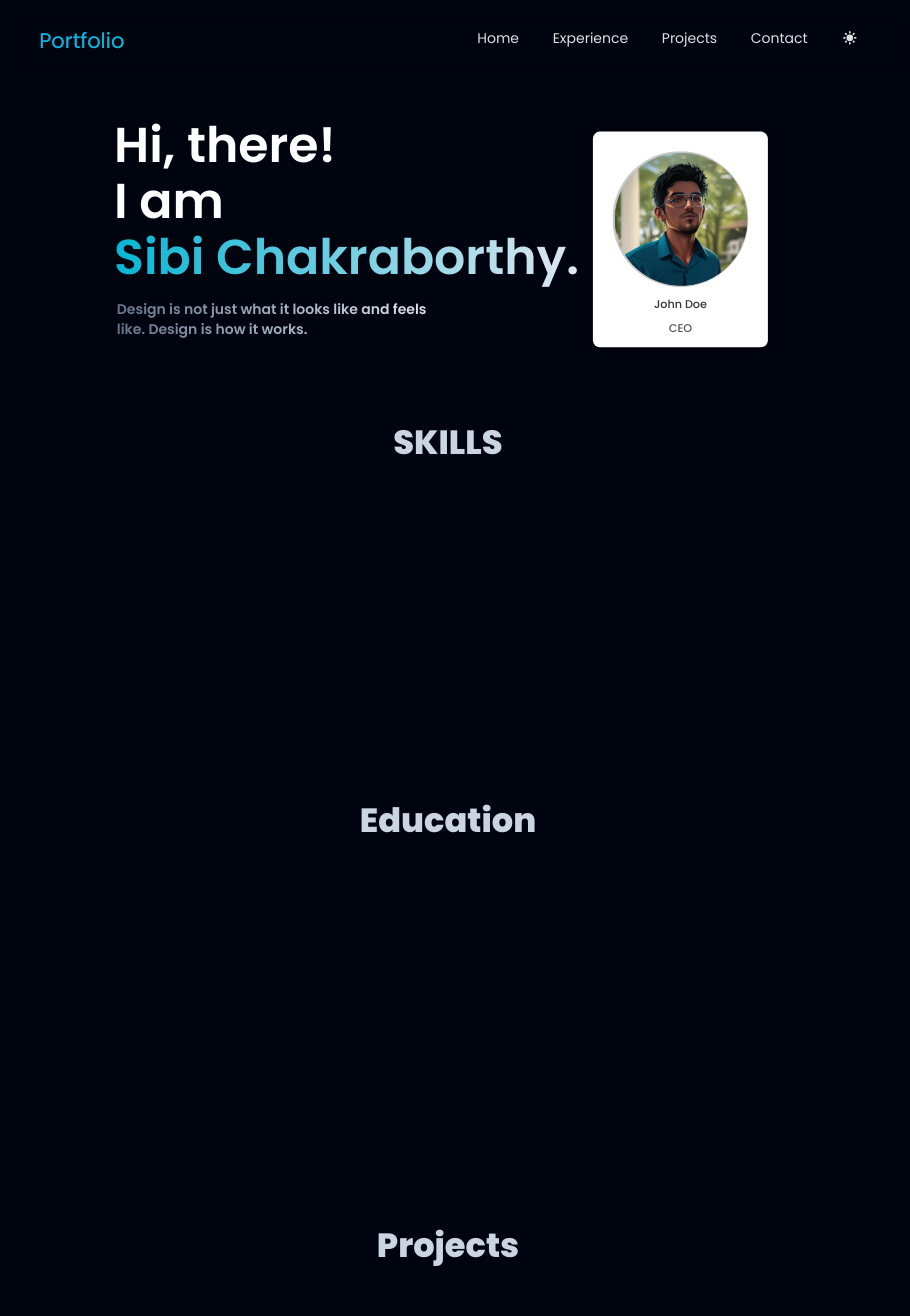
Repository: sibi24sibi/MyPersonalPortfolio
Page: /
An editor plug-in stored every save of this project. The page is shown before and after the next save, followed by the edit.
The browser window is 1280 px wide. The page is 1300 px wide, so the pictures cover 1300 px, including what lies to the right of the window. The pictures show the part of the page from y = 0 to 1880 px (the page is 3414 px tall), at 70% of full size.
The project was rebuilt for these pictures with package versions that can differ from the ones it lists, and the page was loaded fresh each time. Also part of the build but not shown: vite.config.js, src/components/Menu.jsx, src/components/Footer.jsx.

Above is the page before, as saved 2024-05-03 17:43:01.

### index.html
<!DOCTYPE html>
<html lang="en">

<head>
  <meta charset="UTF-8" />
  <link rel="icon" type="image/svg+xml" href="" />
  <meta name="viewport" content="width=device-width, initial-scale=1 , maximum-scale=1 ,user-scalable=no" />
  <title>
    Personal Portfolio
  </title>
</head>

<body className="darkMode">
  <div id="root" className="px-5 w-screen"></div>
  <script type="module" src="/src/main.jsx"></script>
</body>

</html>

### src/index.css
@import url('https://fonts.googleapis.com/css2?family=Poppins:wght@300;400;500;600;800&display=swap');
@tailwind base;
@tailwind components;
@tailwind utilities;

html {
    @apply overflow-x-hidden scroll-smooth
}

body {

    @apply dark:bg-[#00040f] bg-[#e2e2e2ab]
}

### src/App.jsx
import Navbar from "./components/Navbar";
import About from "./components/About";

import Education from "./components/Education";
import Projects from "./components/Projects";
import Skills from "./components/Skills";

import HashLoader from "react-spinners/HashLoader";
import CTA from "./components/CTA";
import MyEmailLayout from "./components/email";
import Footer from "./components/Footer";


import { useState, useEffect } from "react";

const override = {
  display: "flex",
  justifyContent: "center",
  alignItems: "center",
  marginTop: "5rem",
  borderColor: "red",
};

const App = () => {
  const [loading, setLoading] = useState(true);

  useEffect(() => {
    setLoading(true);
    setTimeout(() => {
      setLoading(false);
    }, 3000);
  }, []);
  return (
    <>
      {loading ? (
        <div className="flex h-screen w-screen justify-center items-center bg-[#00040f] ">
          <HashLoader
            color="#0891b2"
            loading={loading}
            cssOverride={override}
            size={90}
            aria-label="Loading Spinner"
            data-testid="loader"
          />
        </div>
      ) : (
        <div className=" flex flex-col justify-center items-center">
          <Navbar></Navbar>
          <About></About>
          <Skills></Skills>
          <Education></Education>
          <Projects></Projects>
          <CTA></CTA>
          <MyEmailLayout></MyEmailLayout>
          {/* <Footer></Footer> */}
        </div>
      )}
    </>
  );
};
export default App;

### src/components/Navbar.jsx
import { CgMenuRightAlt } from "react-icons/cg";
import { HiSun, HiMoon } from "react-icons/hi";
import { useState, useEffect } from "react";
import Menu from "./Menu";

const Navbar = () => {
  const [nav, setNav] = useState(false);

  const [theme, setTheme] = useState("light");

  useEffect(() => {
    if (theme === "dark") {
      document.documentElement.classList.remove("dark");
    } else {
      document.documentElement.classList.add("dark");
    }
  }, [theme]);

  const handleTheme = () => {
    setTheme(theme === "dark" ? "light" : "dark");
  };

  return (
    <>
      <section className="NAVBAR sticky top-0 backdrop-blur-[5px] z-10 pt-5  translate-x-[20px] min-w-full mt-5 font-['Poppins']  max-sm:p-2 max-sm:mx-1 max-sm:max-h-[48px] ">
        <div className="flex  justify-between capitalize md:ml-9 sm:ml-2">
          <div className="LOGO ">
            <a
              href="#"
              className="text-3xl bg-gradient-to-r from-blue-600 to-cyan-600 bg-clip-text text-transparent dark:text-cyan-500 max-sm:text-2xl"
            >
              {"Portfolio"}
            </a>
          </div>
          <div className="NAVLINKS min-w-full pr-9 text-[20px] translate-x-[-160px]  max-sm:hidden flex justify-end gap-12 text-[#00040f] dark:text-[#e1e1e1] ">
            <a href="#about" className=" hover:text-cyan-500">
              Home
            </a>
            <a href="#experience" className="hover:text-cyan-500">
              Experience
            </a>
            {/* <a href="#education" className="hover:text-cyan-500 ">
              Education
            </a> */}
            <a href="#projects" className="hover:text-cyan-500 ">
              Projects
            </a>
            <a href="#contact" className="hover:text-cyan-500 ">
              Contact
            </a>

            <button onClick={handleTheme}>
              {theme === "dark" ? (
                <HiMoon className="-translate-y-1 text-2xl" />
              ) : (
                <HiSun className="-translate-y-1 text-2xl" />
              )}
            </button>

            </div>
            </div>
          <button onClick={() => setNav(!nav)}>
            <CgMenuRightAlt className="hidden max-sm:block mr-5   absolute top-2  right-10 md:transform-none text-[#00040f] dark:text-[#e1e1e1] text-[32px]" />
          </button>


        {nav && <Menu />}

      </section>



    </>
  );
};
export default Navbar;

### src/components/About.jsx
import Lottie from "lottie-react";
import computer from "../assets/lottie/computer.json";
import Profile from "../assets/Profile.jpg";
import "./about-style.css";

const About = () => {
  return (
    <>
      <section
        id="about"
        className="p-5 mx-2 mb-10 font-medium font-['Poppins'] max-w-6xl max-sm:p-2 max-sm:mx-5"
      >
        <div className="WRAPPER mt-12 flex justify-between max-sm:flex-col gap-35">
        <div className="INTRO text-[70px] leading-[80px] font-semibold max-sm:text-[40px] max-sm:leading-[70px] max-sm:font-semibold">
            <h3 className="text-[#00040f] dark:text-white">
              Hi, there! <br />I am
            </h3>
            <span className="bg-clip-text text-transparent bg-gradient-to-r  from-blue-600 to-cyan-600 dark:from-cyan-500 dark:to-slate-200">
             Sibi Chakraborthy.

            </span>

            <p className="ABOUT h-[100px] text-xl max-sm:text-[15px] bg-clip-text text-transparent  bg-gradient-to-r  from-[#00040f] to-slate-500 dark:from-slate-500 dark:to-slate-200 max-w-[470px] mt-5 pl-1">
            Design is not just what it looks like and feels like. Design is how it works.
            </p>
          </div>
        <div className="div">



        <div className="team-member">
            <img src={Profile} alt="Profile"/>
            <h3>John Doe</h3>
            <p>CEO</p>
        </div>



        </div>
        </div>
      </section>
    </>
  );
};
export default About;

### src/components/Education.jsx
import Lottie from "lottie-react";
import education from "../assets/lottie/education.json";
import SAEC from "../assets/SAEC.png";
import AOS from "aos";

import { useEffect } from "react";

const Education = () => {
  useEffect(() => {
    AOS.init();
  }, []);
  return (
    <section
      id="education"
      className="EXPERIENCE max-w-6xl p-5 mx-20 mb-25 font-['Poppins']  max-sm:p-2 max-sm:mx-5"
    >
      <div className="WRAPPER mt-10">
        <h1 className="text-[#00040f] dark:text-slate-300 text-center font-extrabold text-5xl mb-5 max-sm:text-4xl   ">
          Education
        </h1>

        <div
          className="EDUCATION flex gap-7 justify-between flex-row-reverse max-sm:flex-col"
          data-aos="fade-right"
        >
          <div className="max-w-[520px] mt-[52px] p-7 max-sm:p-3">
            <div className="flex gap-5">
              <img
                src={SAEC}
                alt="SAEC"
                className="w-[150px] h-[100px]"
              />
              <h1 className="bg-clip-text text-transparent bg-gradient-to-r max-sm:text-[17px] from-amber-500 via-orange-600 to-yellow-500 dark:from-[#ff6600] dark:to-slate-100 font-semibold text-2xl w-[300px] h-[100px] tracking-wider ">
                Syed Ammal engineering college
              </h1>
            </div>

            <div className="mt-7 flex flex-col gap-5 text-left pl-4">
              <h3 className="capitalize  text-slate-800 dark:text-slate-300 text-xl max-sm:text-lg">
                Bachelor of technology
              </h3>
              <p className="italic capitalize text-gray-500 dark:text-slate-500 text-xl max-sm:text-lg leading-9">
                November 2020 - May 2024
              </p>

              <p className="capitalize text-gray-500 dark:text-slate-500 text-xl max-sm:text-lg leading-9">
                Computer Science and Engineering
              </p>
            </div>
          </div>
          <Lottie
            animationData={education}
            loop={true}
            className="max-w-[500px]"
          />
        </div>
      </div>
    </section>
  );
};
export default Education;

### src/components/Skills.jsx
import {
  HTML,
  CSS,
  Github,
  Git,
  Vite,
  TailwindCSS,
  react,
  Python,
  Javascript,
  CPP,
  C,
  Vue,
  nodejs
} from "../constants/Constant";

import AOS from "aos";
import "aos/dist/aos.css";
import { useEffect } from "react";
import Image from "./Img_prop";

const Skills = () => {
  useEffect(() => {
    AOS.init();
  }, []);
  return (
    <>
      <section className="EXPERIENCE p-5  mb-10 max-w-6xl  font-['Poppins']  max-sm:p-2 max-sm:mx-5">
        <div>
        <h1 className="text-[#00040f] dark:text-slate-300 font-extrabold text-5xl text-center max-sm:text-4xl ">
          SKILLS
        </h1>
        </div>
        <div
          className=" grid place-content-start  grid-cols-3 gap-4 max-sm:p-2 mt-10"
          data-aos="zoom-out-up"
        >
          <Image img={HTML}></Image>
          <Image img={CSS}></Image>
          <Image img={Javascript}></Image>
          <Image img={react}></Image>
          <Image img={TailwindCSS}></Image>
          {/* <Image img={Vue}></Image>
          <Image img={CPP}></Image>
          <Image img={C}></Image> */}
          <Image img={Python}></Image>
          {/* <Image img={Vite}></Image> */}
          <Image img={Git}></Image>
          <Image img={Github}></Image>
          <Image img={nodejs}></Image>
        </div>
      </section>
    </>
  );
};
export default Skills;

### src/components/CTA.jsx
function CTA() {
  const resumeLink = "/Sibi-Chakraborthy-V.pdf";
  return (
    <div id="resume" className="pt-36 max-w-6xl resume relative w-full flex justify-center ">

      <div className="pt-14 mx-20 pb-40">
        <h2 className="text-4xl md:text-5xl max-sm:text-[35px] max-sm:leading-[60px] font-bold mb-10 text-[#00040f] dark:text-white text-center">
          Need to know about me more
        </h2>
        <div className="flex justify-center ">
        <a
          href={resumeLink}
          className="cursor-pointer font-bold whitespace-nowrap
        mt-6 px-8 py-3 dark:text-[#e1e1e1] border-2 rounded-full border-[#808080]  bg-bg hover:bg-fun-pink hover:border-fun-pink transition-colors inline-flex items-center"
        >
          <svg class="fill-current w-4 h-4 mr-2" xmlns="http://www.w3.org/2000/svg" viewBox="0 0 20 20"><path d="M13 8V2H7v6H2l8 8 8-8h-5zM0 18h20v2H0v-2z"/></svg>
          <span>Resume</span>

        </a>

        </div>
      </div>


    </div>
  );
}

export default CTA;

### src/components/email.jsx
import React, { useRef, useEffect } from "react";
import emailjs from '@emailjs/browser';



const MyEmailLayout = () => {
  const form = useRef();

  useEffect(() => {
    // Initialize emailjs
    emailjs.init('-fw29uVaf1UZJqOVT');
  }, []);

  const sendEmail = (e) => {
    e.preventDefault();

    emailjs

      .sendForm('service_hgvjibu', 'template_f9rmzk9', form.current)
      .then(
        () => {
          alert('Email sent successfully!');
        },
        (error) => {
          alert('Failed to send email. Please try again later.');
          console.error('Email Error:', error);
        }
      );
  };

  return (
    <div   className="mb-20 max-w-6xl" id="contact">

      <div className=" mx-10 max-sm:mx-5 ">
      <div className="div">
      <h1 className="text-2xl dark:text-[#e1e1e1] font-bold mb-4 ">SEND ME A EMAIL</h1>
      </div>
      <form ref={form} onSubmit={sendEmail}>
        <div className="grid  grid-cols-2 gap-4 flex justify-center">
          <div>
            <label htmlFor="name" className="dark:text-[#e1e1e1]">Name</label>
            <input
              type="text"
              id="name"
              name="user_name"
              className="px-3 py-2 placeholder-gray-400 text-gray-600 relative dark:bg-slate-300 bg-stone-300 rounded text-sm border-0 shadow outline-none focus:outline-none focus:ring  w-full"
            />
          </div>
          <div>
            <label htmlFor="email" className="dark:text-[#e1e1e1]">Email</label>
            <input
              type="email"
              id="email"
              name="user_email"
              className="px-3 py-2 placeholder-gray-400 text-gray-600 relative dark:bg-slate-300 bg-stone-300 rounded text-sm border-0 shadow outline-none focus:outline-none focus:ring w-full"
            />
          </div>
        </div>
        <label htmlFor="message" className="dark:text-[#e1e1e1]">Message</label>
        <textarea
          placeholder=""
          name="message"
          className="px-3 py-2 placeholder-gray-400 text-gray-600 relative dark:bg-slate-300 bg-stone-300 rounded text-sm border-0 shadow outline-none focus:outline-none focus:ring h-40 w-full "
        ></textarea>
        <button
          type="submit"
          className="bg-blue-500 rounded-full text-white px-4 py-2 mt-4 float-right"
          value="Send"
        >
          Send Email
        </button>
      </form>
      </div>
    </div>
  );
};

export default MyEmailLayout;

### src/components/about-style.css


.team-member {
    text-align: center;
    margin: 20px;
    background-color: #fff; /* White background for each team member */
    padding: 15px; /* Add padding for better visual appeal */
    border-radius: 10px; /* Add rounded corners */
    box-shadow: 0 0 10px rgba(0, 0, 0, 0.1); /* Add a subtle box shadow */
}

.team-member img {
    width: 200px;
    height: 200px;
    border-radius: 50%;
    object-fit: cover;
    margin: 10px;

/* Additional styling for the image */
border: 3px solid #fff; /* Add a white border around the image */
 transition: transform 0.3s ease-in-out; /*  Add a smooth transition effect  */

/* Hover effect: Scale the image slightly on hover */
/* cursor: pointer; */
}

/* Add a hover effect for better user interaction */
.team-member img:hover {
transform: scale(1.1);
}


.team-member h3 {
    margin: 10px 0;
    color: #333; /* Darken the text color */
}

.team-member p {
    color: #555;
}

### src/components/Project_prop.jsx
/* eslint-disable react/prop-types */

import "./proj_style.css";


const Project_prop = (props) => {
  return (
    <>



      <div className="card bg-blue-100 dark:bg-sky-950 rounded-lg shadow-lg aspect-w-16 aspect-h-9 ">
        <h3
        className="title capitalize font-bold h-20 text-slate-800 dark:text-slate-300 text-xl max-sm:text-lg m-5 text-center"
        >
          {props.title}
        </h3>
            <div className="bar h-1 min-w-40 dark:bg-gray-800  bg-slate-600  mx-5"></div>
        <div className="flex gap-1 ml-3 mt-3 ">
                {props.react}
                {props.vite}
                {props.html5}
                {props.css3}
                {props.php}
                {props.mysql}
                {props.javascript}
                {props.tailwindcss}
                {props.laravel}
                {props.bootstrap}
                {props.wordpress}

        </div>
        <p className="dark:text-slate-500 mt-2 text-sm px-5  select-none">
          {props.para}
        </p>
      </div>




    </>
  );
};
export default Project_prop;

### src/constants/Constant.jsx
import C from "../assets/C.png";
import CPP from "../assets/CPP.png";
import HTML from "../assets/HTML.png";
import Github from "../assets/Github.png";
import CSS from "../assets/CSS.png";
import Python from "../assets/Python.png";
import Javascript from "../assets/Javascript.png";
import Git from "../assets/Git.png";
import Vite from "../assets/Vite.png";
import TailwindCSS from "../assets/TailwindCSS.png";
import react from "../assets/react.png";
import Vue from "../assets/vue.png";
import nodejs from "../assets/nodejs.png";

import Hackthechain from "../assets/HackTheChainLogo.png";
import GSSOC from "../assets/GSSoc.jpg";
import IITB from "../assets/IITB.png";
import Sports from "../assets/Sports_Club.png";
import IIITians from "../assets/IIITians_Network.png";
import GDSC from "../assets/GDSC.png";
import KDE from "../assets/kde.png";
import Oppia from "../assets/oppia.png";

import GPT4 from "../assets/gpt4.jpg";
import Portfolio from "../assets/portfolio.jpg";
import Rocket from "../assets/Rocket.jpg";
import Game from "../assets/Stone.jpg";
import WellBeing from "../assets/well-being.jpg";

export {
  C,
  CPP,
  HTML,
  CSS,
  Github,
  Git,
  Vite,
  TailwindCSS,
  react ,
  Python,
  Javascript,
  Vue,
  Hackthechain,
  GSSOC,
  IITB,
  Sports,
  IIITians,
  GPT4,
  Portfolio,
  Rocket,
  WellBeing,
  Game,
  GDSC,
  KDE,
  nodejs,
  Oppia,
};

### src/components/Img_prop.jsx
const Img_prop = ({ img }) => {
  return (
    <>
      <div className="mr-60 w-[100px] max-sm:w-[75px] h-[100px] max-sm:h-[75px] shadow-xl shadow-slate-300 dark:shadow-lg dark:shadow-blue-500/50 bg-gradient-to-bl from-[#ccc] to-[#eee] dark:from-[#051937] dark:to-[#222] rounded-full place-content-center grid translate-x-[100px] max-sm:translate-x-1">
        <img src={img} alt="html" className="max-sm:h-[45px] h-[55px] " />
      </div>
    </>
  );
};
export default Img_prop;

### src/components/proj_style.css



  .card {
    position: relative;
    left: 0px;
    width: 200px;
    height: fit-content;
    min-height: 320px;
    padding-bottom: 10px;
  }

  .card:not(:first-child) {
      margin-left: -50px;
  }

  .card:hover {
    transform: translateY(-20px);
    transition: 0.4s ease-out;
  }

  .card:hover ~ .card {
    position: relative;
    left: 50px;
    transition: 0.4s ease-out;
  }

@media only screen and (max-width: 600px) {
  .card {
    position:unset;
    left:unset;
    padding-bottom:unset;
    margin: 10px;;
    padding-bottom:unset;
  }
  .card:hover {
    transform:unset ;
    transition:unset;
    margin-left:unset;
  }
  .card:not(:first-child) {
    margin-left:10px;

  }
  .card:hover ~ .card {
    position:unset;
    left:unset;
    transition:unset;
  }
}

Loaded but not shown: src/main.jsx (common file); src/assets/lottie/computer.json (common file); src/assets/lottie/Education.json (common file); tailwind.config.js (common file); src/components/Projects.jsx (189 lines, source omitted)

After the next save:
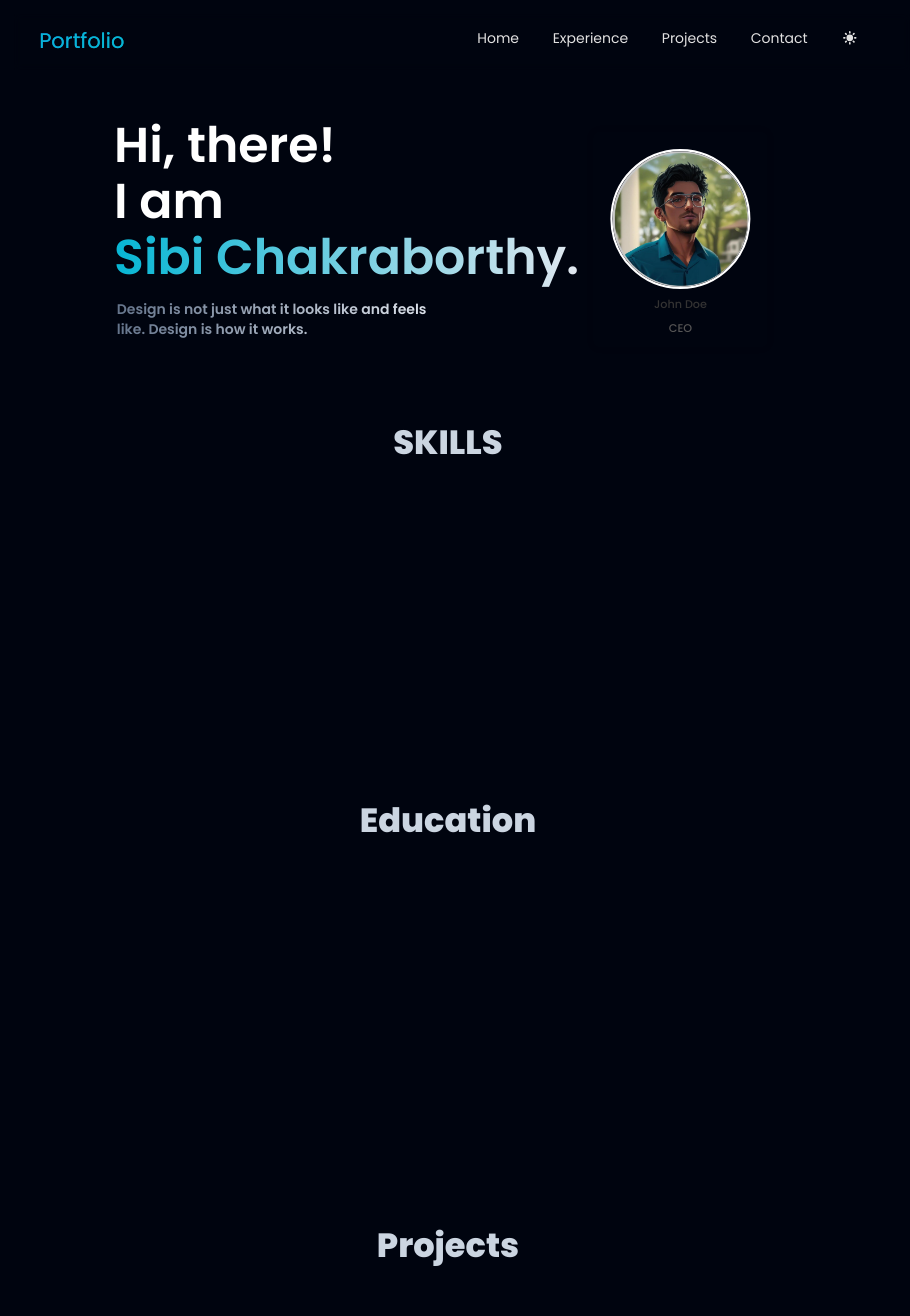
Saved 21 s later.
--- a/src/components/about-style.css
+++ b/src/components/about-style.css
@@ -3,7 +3,7 @@
 .team-member {
     text-align: center;
     margin: 20px;
-    background-color: #fff; /* White background for each team member */
+  /*  background-color: #fff;  White background for each team member */
     padding: 15px; /* Add padding for better visual appeal */
     border-radius: 10px; /* Add rounded corners */
     box-shadow: 0 0 10px rgba(0, 0, 0, 0.1); /* Add a subtle box shadow */
